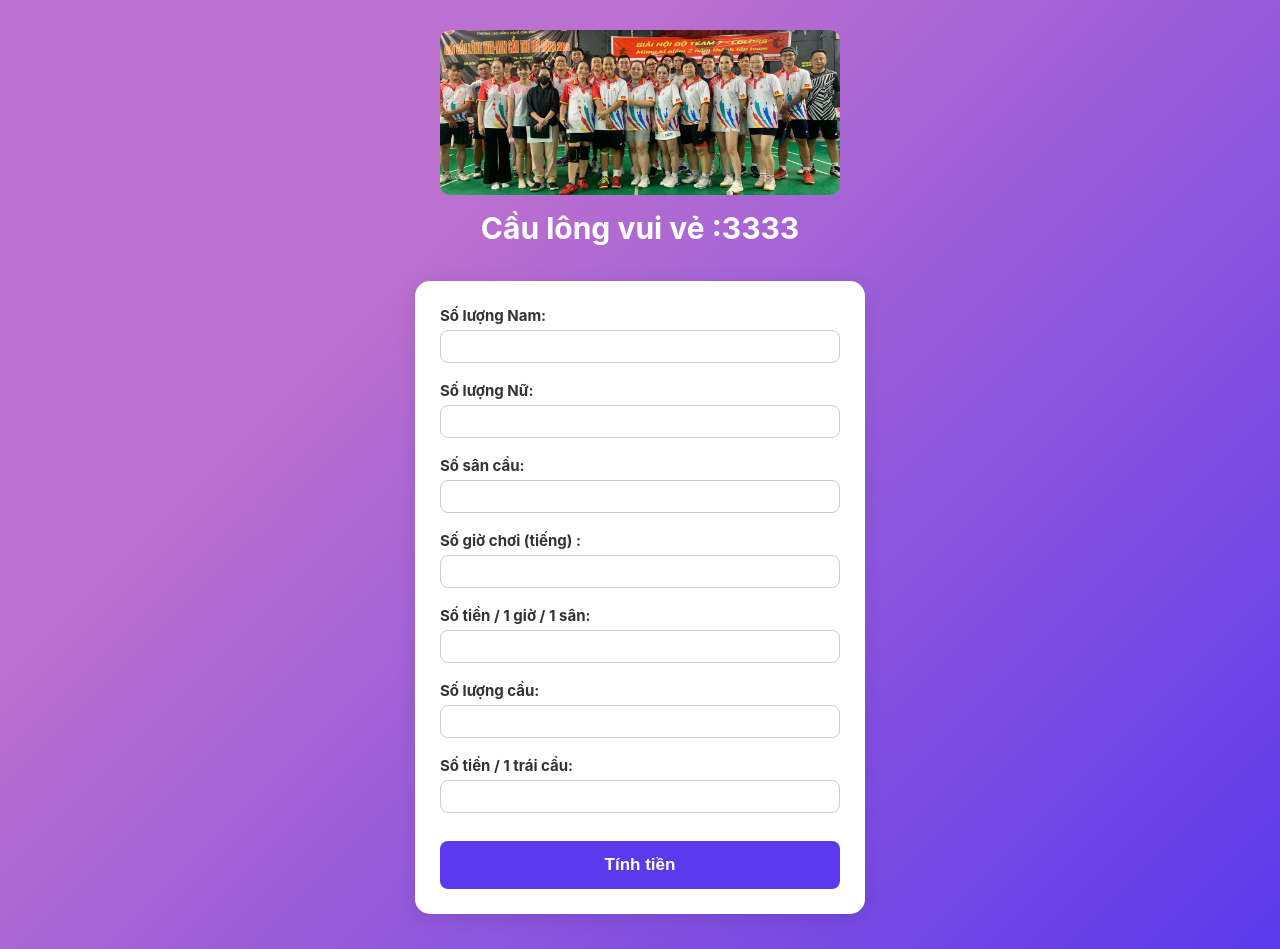
Repository: LuongPTCE181311/Badminton
Page: index.html
An editor plug-in stored every save of this project. The page is shown before and after the next save, followed by the edit.
The browser window is 1280 px wide. The pictures show the whole page.

Above is the page before, as saved 2025-12-08 00:55:48.

After the next save:
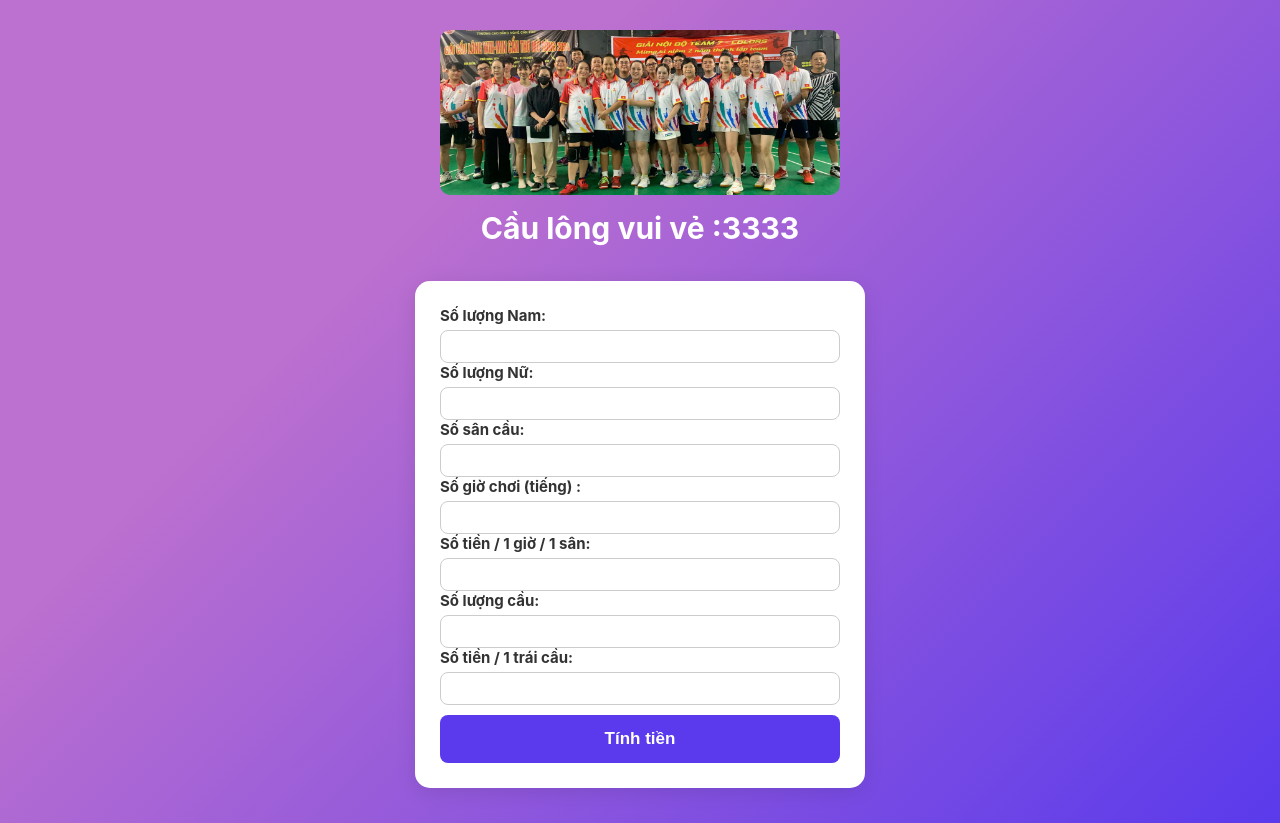
Saved 4 s later.
--- a/assets/css/style.css
+++ b/assets/css/style.css
@@ -94,7 +94,7 @@
   font-weight: 600;
   display: block;
 
-  min-height: 18px;
+
 }
 
 .btn {

After the save that followed:
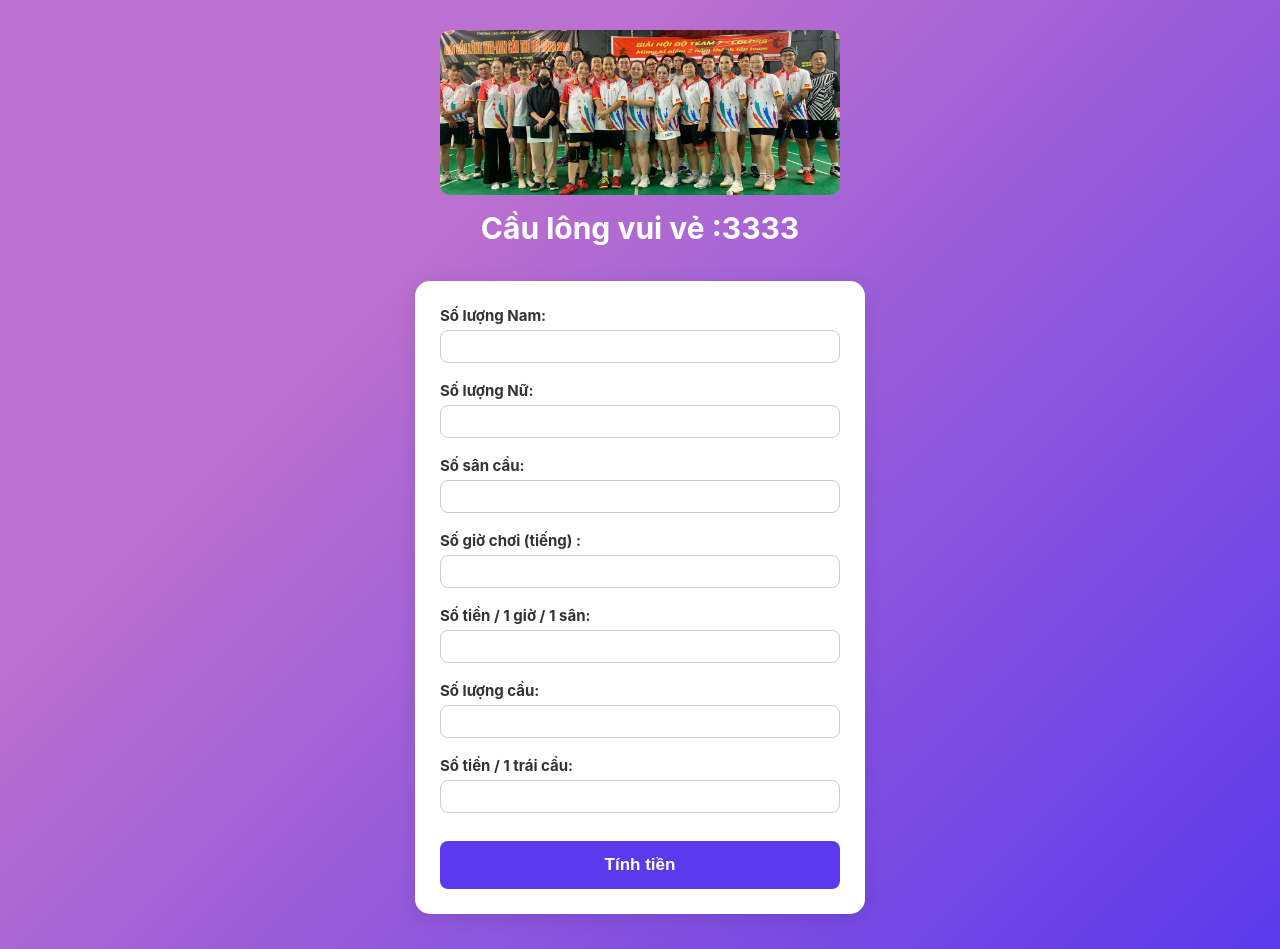
Saved 4 s later.
--- a/assets/css/style.css
+++ b/assets/css/style.css
@@ -94,7 +94,7 @@
   font-weight: 600;
   display: block;
 
-
+  min-height: 18px;
 }
 
 .btn {
